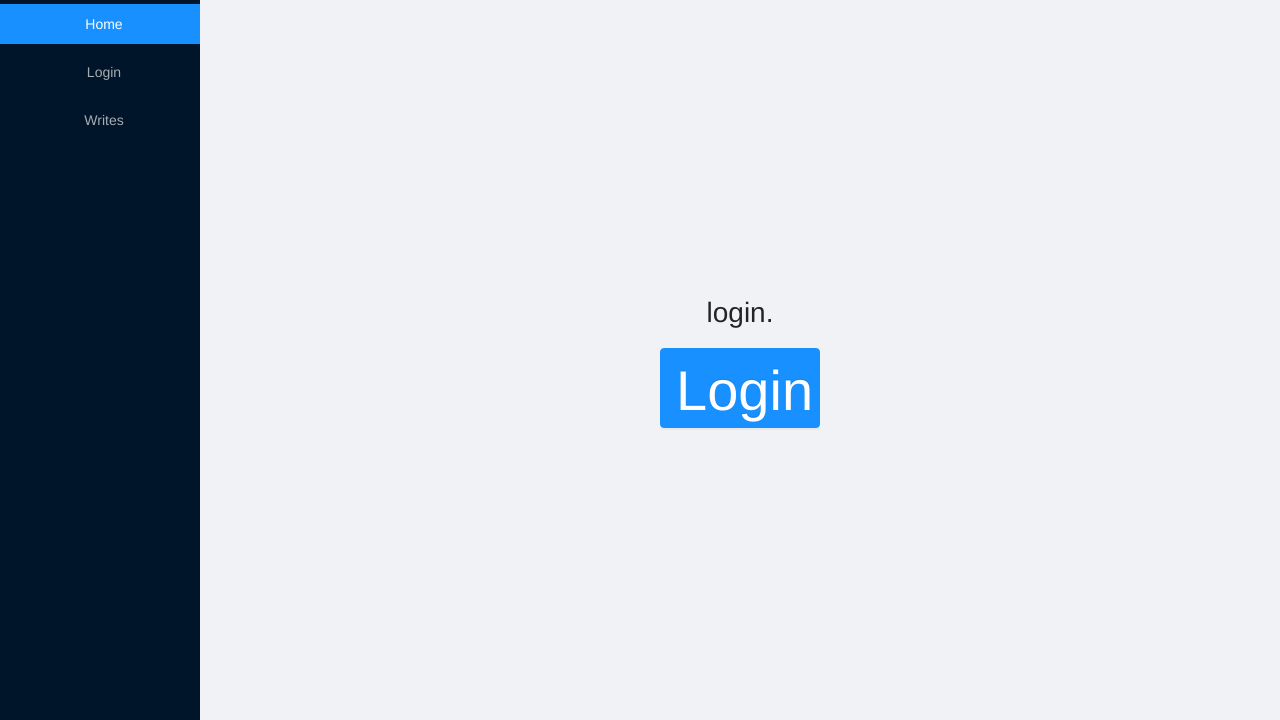
Repository: writesapp/mod
Page: /login
An editor plug-in stored every save of this project. The page is shown before and after the next save, followed by the edit.
The browser window is 1280 px wide. The pictures show the whole page.
The project was rebuilt for these pictures with package versions that can differ from the ones it lists, and the page was loaded fresh each time. Also part of the build but not shown: src/views/Home.vue, src/views/Writes.vue.

Above is the page before, as saved 2020-07-09 16:26:47.

### src/main.js
import Antd from 'ant-design-vue';
import Vue from 'vue';
import App from './App.vue';
import './registerServiceWorker';
import router from './router';
import store from './store';
import 'ant-design-vue/dist/antd.css';

Vue.config.productionTip = false;
Vue.use(Antd);

new Vue({
  router,
  store,
  render: (h) => h(App),
}).$mount('#app');

### src/App.vue
<template>
  <div id="app">
    <a-layout id="components-layout-demo-custom-trigger">
    <a-layout-sider v-model="collapsed" :trigger="null" collapsible>
      <div class="logo" />
      <a-menu theme="dark" mode="inline" :default-selected-keys="['1']">
        <a-menu-item key="1">
          <router-link to="/">Home</router-link>
        </a-menu-item>
        <a-menu-item key="2">
          <router-link to="/login">Login</router-link>
        </a-menu-item>
        <a-menu-item key="3">
          <router-link to="/writes">Writes</router-link>
        </a-menu-item>
      </a-menu>
    </a-layout-sider>
    <a-layout>
      <a-layout-content>
        <router-view/>
      </a-layout-content>
    </a-layout>
  </a-layout>
  </div>
</template>

<script>
import { auth } from '@/initFirebase';
import store from '@/store';

export default {
  name: "App",
  mounted() {
    auth.onAuthStateChanged((user) => store.dispatch("fetchUser", user));
  },
};
</script>

<style lang="scss">
#app {
  font-family: Avenir, Helvetica, Arial, sans-serif;
  -webkit-font-smoothing: antialiased;
  -moz-osx-font-smoothing: grayscale;
  text-align: center;
  color: #2c3e50;
}

.ant-layout {
  height: 100vh;
}
</style>

### src/router/index.js
import Vue from 'vue';
import VueRouter from 'vue-router';
import Home from '../views/Home.vue';
import Login from '../views/Login.vue';
import Writes from '../views/Writes.vue';

Vue.use(VueRouter);

const routes = [
  {
    path: '/',
    name: 'Home',
    component: Home,
  },
  {
    path: '/login',
    name: 'Login',
    // route level code-splitting
    // this generates a separate chunk (about.[hash].js) for this route
    // which is lazy-loaded when the route is visited.
    component: Login,
  },
  {
    path: '/writes',
    name: 'Writes',
    component: Writes,
  },
];

const router = new VueRouter({
  mode: 'history',
  base: process.env.BASE_URL,
  routes,
});

export default router;

### src/store/index.js
import Vue from 'vue';
import Vuex from 'vuex';

Vue.use(Vuex);

export default new Vuex.Store({
  state: {
    user: {
      loggedIn: false,
      data: null,
    },
  },
  mutations: {
    setLoggedState(state, value) {
      state.user.loggedIn = value;
    },
    setUser(state, data) {
      state.user.data = data;
    },
  },
  actions: {
    fetchUser({ commit }, user) {
      commit("setLoggedState", user !== null);
      if (user) {
        commit("setUser", {
          displayName: user.displayName,
          email: user.email,
        });
      } else {
        commit("setUser", null);
      }
    },
  },
});

### src/initFirebase.js
import firebase from 'firebase';

const configOptions = {
  apiKey: "AIzaSyBe23vGrWbbtK6cWQflEewoDvTBtKWQEBM",
  authDomain: "test-project-116cf.firebaseapp.com",
  databaseURL: "https://test-project-116cf.firebaseio.com",
  projectId: "test-project-116cf",
  storageBucket: "test-project-116cf.appspot.com",
  messagingSenderId: "507446435196",
  appId: "1:507446435196:web:8a13dc8c60ddcf65e058f9",
  measurementId: "G-H01LY21GK7",
};

firebase.initializeApp(configOptions);

export const auth = firebase.auth();
export const googleProvider = new firebase.auth.GoogleAuthProvider();

### src/views/Login.vue
<template>
  <div class="home">
    <div class="login">
      <h1>login.</h1>
      <a-button type="primary" @click.native="login()">
      Login
      </a-button>
    </div>
  </div>
</template>

<script>
import { auth, googleProvider } from '@/initFirebase';
import store from '@/store';

export default {
  name: 'Login',
  methods: {
    login() {
      auth.signInWithPopup(googleProvider)
        .then((result) => {
          store.dispatch("fetchUser", result.user);
          this.$router.push('/');
        })
        .catch((err) => alert(`Something went wrong: ${err.message}`));
    },
  },
};
</script>

<style scoped>
  h1 {
    font-size: 2em;
  }

  button {
    height: 80px;
    width: 160px;
    font-size: 4em;
  }

  .login {
    height: 100vh;
    display: flex;
    flex-direction: column;
    align-items: center;
    justify-content: center;
  }
</style>

Loaded but not shown: public/index.html (common file); src/registerServiceWorker.js (common file)

After the next save:
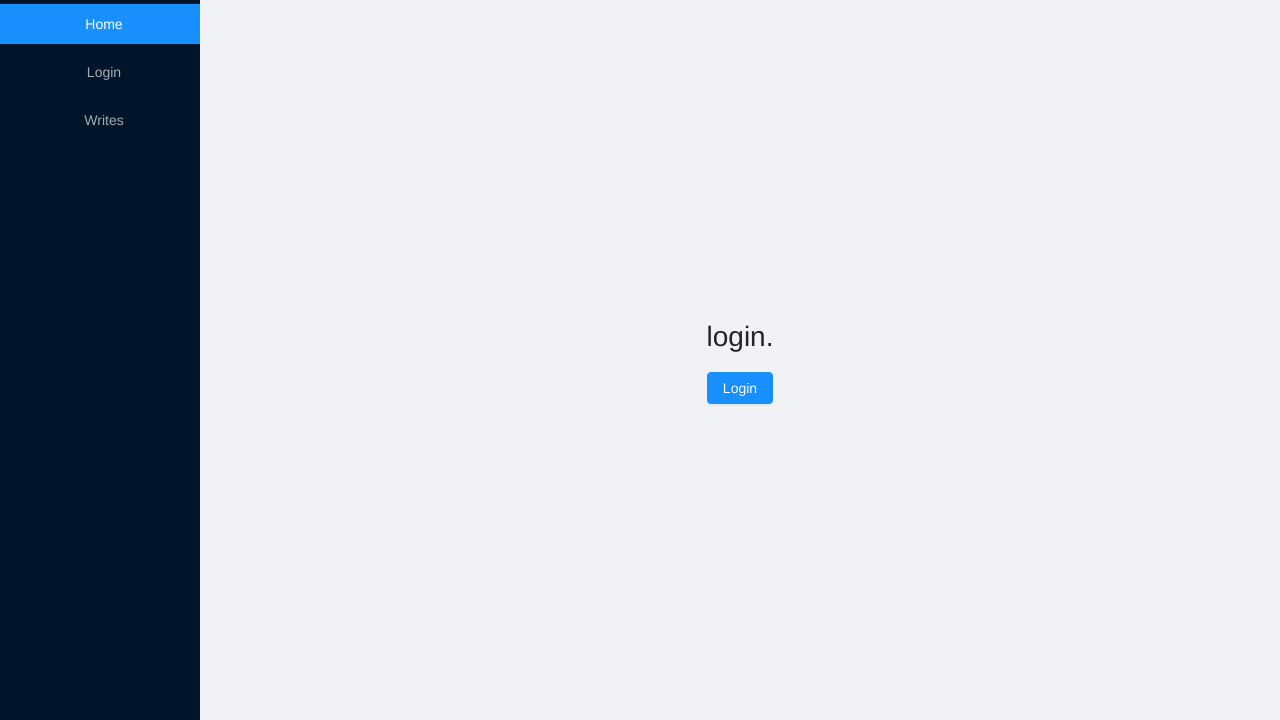
Saved 26 s later.
--- a/src/views/Login.vue
+++ b/src/views/Login.vue
@@ -33,9 +33,7 @@
     font-size: 2em;
   }
 
-  button {
-    height: 80px;
-    width: 160px;
+  a-button {
     font-size: 4em;
   }
 

After the 2 saves that followed:
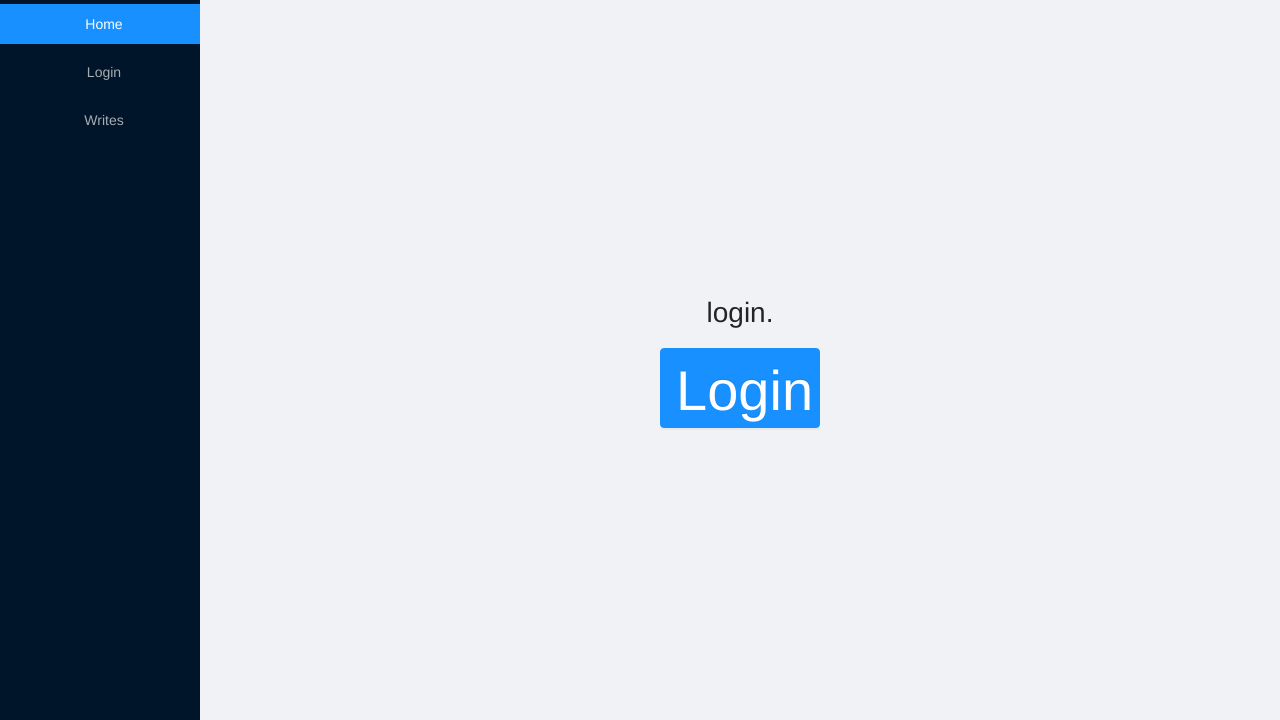
The 2 saves are shown as one change because 1 left the picture as it was.
The last was saved 19 s later.
--- a/src/views/Login.vue
+++ b/src/views/Login.vue
@@ -33,7 +33,9 @@
     font-size: 2em;
   }
 
-  a-button {
+  button {
+    height: 80px;
+    width: 160px;
     font-size: 4em;
   }
 
